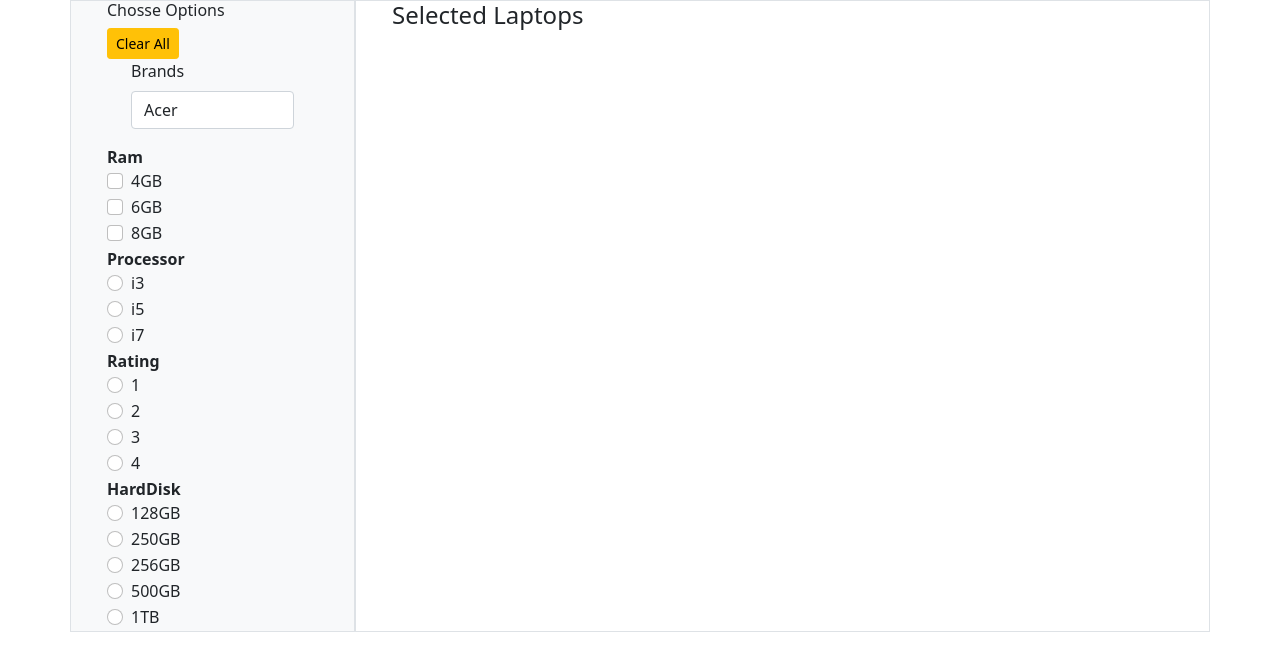
Repository: Sanjayjangra88/combo_app
Page: /
An editor plug-in stored every save of this project. The page is shown before and after the next save, followed by the edit.
The browser window is 1280 px wide. The pictures show the whole page.
Some web libraries are served in a nearby version. The project was rebuilt for these pictures with package versions that can differ from the ones it lists, and the page was loaded fresh each time. Also part of the build but not shown: src/App.js.

Above is the page before, as saved 2022-06-03 15:13:48.

### public/index.html
<!DOCTYPE html>
<html lang="en">
  <head>
    <meta charset "UTF-8" />
    <link rel="icon" href="%PUBLIC_URL%/favicon.ico" />
    <meta name="viewport" content="width=device-width, initial-scale=1" />
    <meta name="theme-color" content="#000000" />
    <meta
      name="description"
      content="Web site created using create-react-app"
    />
    <link rel="apple-touch-icon" href="%PUBLIC_URL%/logo192.png" />
    <!--
      manifest.json provides metadata used when your web app is installed on a
      user's mobile device or desktop. See https://developers.google.com/web/fundamentals/web-app-manifest/
    -->
    <link rel="manifest" href="%PUBLIC_URL%/manifest.json" />
    <link href="https://cdn.jsdelivr.net/npm/bootstrap@5.0.2/dist/css/bootstrap.min.css" rel="stylesheet" integrity="sha384-EVSTQN3/azprG1Anm3QDgpJLIm9Nao0Yz1ztcQTwFspd3yD65VohhpuuCOmLASjC" crossorigin="anonymous">
    <!--
      Notice the use of %PUBLIC_URL% in the tags above.
      It will be replaced with the URL of the `public` folder during the build.
      Only files inside the `public` folder can be referenced from the HTML.

      Unlike "/favicon.ico" or "favicon.ico", "%PUBLIC_URL%/favicon.ico" will
      work correctly both with client-side routing and a non-root public URL.
      Learn how to configure a non-root public URL by running `npm run build`.
    -->
    <!-- Bootstrap CSS -->
    <link rel="stylesheet" href="https://cdn.jsdelivr.net/npm/bootstrap@4.0.0/dist/css/bootstrap.min.css" integrity="sha384-Gn5384xqQ1aoWXA+058RXPxPg6fy4IWvTNh0E263XmFcJlSAwiGgFAW/dAiS6JXm" crossorigin="anonymous">

    <title>React App</title>
  </head>
  <body>
    <noscript>You need to enable JavaScript to run this app.</noscript>
    <div id="root"></div>
    <script src="https://kit.fontawesome.com/9e06ebf41f.js" crossorigin="anonymous"></script>
    <!--
      This HTML file is a template.
      If you open it directly in the browser, you will see an empty page.

      You can add webfonts, meta tags, or analytics to this file.
      The build step will place the bundled scripts into the <body> tag.

      To begin the development, run `npm start` or `yarn start`.
      To create a production bundle, use `npm run build` or `yarn build`.
    -->
    <script src="https://code.jquery.com/jquery-3.2.1.slim.min.js" integrity="sha384-KJ3o2DKtIkvYIK3UENzmM7KCkRr/rE9/Qpg6aAZGJwFDMVNA/GpGFF93hXpG5KkN" crossorigin="anonymous"></script>
    <script src="https://cdn.jsdelivr.net/npm/popper.js@1.12.9/dist/umd/popper.min.js" integrity="sha384-ApNbgh9B+Y1QKtv3Rn7W3mgPxhU9K/ScQsAP7hUibX39j7fakFPskvXusvfa0b4Q" crossorigin="anonymous"></script>
    <script src="https://cdn.jsdelivr.net/npm/bootstrap@4.0.0/dist/js/bootstrap.min.js" integrity="sha384-JZR6Spejh4U02d8jOt6vLEHfe/JQGiRRSQQxSfFWpi1MquVdAyjUar5+76PVCmYl" crossorigin="anonymous"></script>
  </body>
</html>

### src/index.js
import React from 'react';
import ReactDOM from 'react-dom';
import './index.css';
import App from './App';
import reportWebVitals from './reportWebVitals';
import 'bootstrap/dist/css/bootstrap.min.css';

import DropDown4 from './Components/dropDown4';

ReactDOM.render(
  <React.StrictMode>
    <DropDown4/>
  </React.StrictMode>,
  document.getElementById('root')
);

// If you want to start measuring performance in your app, pass a function
// to log results (for example: reportWebVitals(console.log))
// or send to an analytics endpoint. Learn more: https://bit.ly/CRA-vitals
reportWebVitals();

### src/Components/dropDown4.jsx
import React, { Component } from 'react'
import LeftPanel from './leftPanel'

export class dropDown4 extends Component {
    state={
        laptops:[
            {model:"AX4581",brand:"Acer",ram:"4GB",hardDisk:"500GB",rating:"3",processor:"i3"},
            {model:"HB2881",brand:"HP",ram:"4GB",hardDisk:"250GB",rating:"4",processor:"i3"},
            {model:"DM811",brand:"Dell",ram:"4GB",hardDisk:"1TB",rating:"3",processor:"i3"},
            {model:"AP629",brand:"Acer",ram:"6GB",hardDisk:"1TB",rating:"2",processor:"i3"},
            {model:"AT820",brand:"Acer",ram:"8GB",hardDisk:"1TB",rating:"4",processor:"i5"},
            {model:"HK008",brand:"HP",ram:"6GB",hardDisk:"250GB",rating:"3",processor:"i5"},
            {model:"MAir11",brand:"Apple",ram:"4GB",hardDisk:"128GB",rating:"4",processor:"i5"},
            {model:"MPro24X",brand:"Apple",ram:"8GB",hardDisk:"256GB",rating:"4",processor:"i7"},
            {model:"DL390",brand:"Dell",ram:"6GB",hardDisk:"500GB",rating:"3",processor:"i3"},
            {model:"AM954",brand:"Acer",ram:"8GB",hardDisk:"1TB",rating:"3",processor:"i7"},
            {model:"AB234",brand:"Acer",ram:"4GB",hardDisk:"250GB",rating:"2",processor:"i3"},
            {model:"HC874",brand:"HP",ram:"8GB",hardDisk:"1TB",rating:"1",processor:"i7"},
            ],
            optionArry:{
                brand:["Acer","HP","Dell","Apple"],
                ram:["4GB","6GB","8GB"],
                rating:["1","2","3","4"],
                processor:["i3","i5","i7"],
                hardDisk: ["128GB","250GB","256GB","500GB","1TB"]
            },
                optionSell:{
                    brand:["om"],
                    ram:[],
                    rating:"",
                    processor:"",
                    hardDisk:"",

                }

    }
    showLaptops=()=>{
        let s1={...this.state};
        const{laptops,optionSell}=this.state;
        const{brand,ram,processor,rating,hardDisk}=optionSell;
        const laptop1 =
        brand.length > 0
         ? laptops.filter((ele) => brand.findIndex((lt) => lt === ele.brand) >=0 )
         : laptops;

        const laptop2 =
         ram.length>0
         ? laptop1.filter((ele)=>ram.findIndex((lt)=>lt===ele.ram)>=0)
         : laptop1;

        const laptop3 =
         processor.length>0
         ? laptop2.filter((ele)=>ele.processor===processor)
         : laptop2;

        const laptop4 =
         rating.length>0
         ? laptop3.filter((ele)=>ele.rating === rating)
         : laptop3;
        const laptop5 =
         hardDisk.length>0
         ? laptop4.filter((ele)=>ele.hardDisk === hardDisk)
         : laptop4;

        return(
            <div className="container">
                <h4>Selected Laptops</h4>
                {laptop5.map((ele)=>(
                    <div className="row">
                        <div className="col-2 border">{ele.model}</div>
                        <div className="col-2 border">{ele.brand}</div>
                        <div className="col-2 border">{ele.ram}</div>
                        <div className="col-2 border">{ele.hardDisk}</div>
                        <div className="col-2 border">{ele.rating}</div>
                        <div className="col-2 border">{ele.processor}</div>
                    </div>
                ))}
            </div>
        );
         }
    remove=()=>{
     let s1={...this.state};
     s1.optionSell= {
        brand:[],
        ram:[],
        rating:"",
        processor:"",
        hardDisk:"",
    }
    this.setState(s1)
    }
    handelChangeOptions=(optionSell)=>{
        let s1={...this.state};
        s1.optionSell= optionSell
        this.setState(s1)
     }
  render() {
      const{optionArry,optionSell}=this.state;
      const{brand,hardDisk}=optionSell;
      console.log(brand);
    return (
      <div className='container'>
          <div className="row">
              <div className="col-3 border bg-light">
                  <LeftPanel optionArry={optionArry}optionSell={optionSell}onChangeOptions={this.handelChangeOptions}remove={this.remove}/>
              </div>
              <div className="col-9 border">{this.showLaptops()}</div>
          </div>
      </div>
    )
  }
}

export default dropDown4

### src/App.css
*{
  margin: 0;
  padding: 0;
}
.slidebar{
  position: absolute;
  background-color: rgb(168, 165, 165);
  height: 100vh;
  width: 30vh;
  margin-right: 5px;
  transition: transform 0.3s ease-in;


}
.slidebar  li a{
  text-decoration: none;
  color:white;
}
.slidebar  li{
  list-style: none;
  font-size: 20px;
  padding: 13px 0;
  color:white;
}
.box{
  margin-left: 32vh;
}
div.d-flex.justify-content-between{
  margin-left: 30vh;
}

.th1{
  background-color: black;
  color: white;
  border: 1px solid black;
  text-align: center;
  padding-left: 15px;
  padding-right: 15px;
}
.col1 {
  border: 1px solid black;
  text-align: center;
  padding-left: 15px;
  padding-right: 15px;
}

### src/Components/leftPanel.jsx
import React, { Component } from 'react'

export class leftPanel extends Component {

  render() {
      const{optionArry,optionSell,remove}=this.props;
      const{brand}=this.props.optionSell;
    //   console.log(optionSell)
    return (
      <div className='container'>
          <h6>Chosse Options</h6>
          <button className="btn btn-warning btn-sm" onClick={remove}>Clear All</button><br/>


          {/* <React.Fragment> */}
              <div className="container">
                      <div className="form-group">
          <label>Brands</label>

          <select className="form-control"name={brand}id="brand"value={brand}onChange={this.handelChange}>
        <option disabled value="">Select the brand</option>
        {optionArry.brand.map((ele)=><option>{ele}</option>)}
          </select>
          </div>
              </div>
          {/* </React.Fragment> */}




          {/* {this.showCheckBoxes("Brands",optionArry.brand,"brand",optionSell.brand)} */}
          {this.showCheckBoxes("Ram",optionArry.ram,"ram",optionSell.ram)}
          {this.showRadios("Processor",optionArry.processor,"processor",optionSell.processor)}
          {this.showRadios("Rating",optionArry.rating,"rating",optionSell.rating)}
          {this.showRadios("HardDisk",optionArry.hardDisk,"hardDisk",optionSell.hardDisk)}
      </div>
    )
  }
  handelChange=(e)=>{
      let s1={ ...this.props.optionSell };
      let s2={ ...this.props.optionArry };
      const{ currentTarget: input }=e;
      input.name==="brand"
      ? (s1.brand = this.upDateCBs(input.checked,input.value,s1.brand))
      : input.name === "ram"
      ? (s1.ram = this.upDateCBs(input.checked,input.value,s1.ram))
      : (s1[input.name] = input.value);
      s2.brand[input.name] = input.value;
      this.props.onChangeOptions(s1);
  }
  upDateCBs=(checked,value,arr)=>{
      if(checked) arr.push(value)
      else{
          let index = arr.findIndex((ele)=>ele===value);
          if(index>=0) arr.splice(index,1);
      }
      return arr;

  }
  showCheckBoxes=(label,arr,name,selArr)=>{
      return(
          <React.Fragment>
              <label className='form-check-label font-weight-bold'>{label}</label>
              {arr.map((ele,index)=>(
                  <div className="form-check">
                      <input
                       className='form-check-input'
                       value={ele}
                       type="checkbox"
                       name={name}
                       checked={selArr.findIndex((st)=>st===ele)>=0}
                       onChange={this.handelChange}
                      />
                      <label className='form-check-label'>{ele}</label>
                  </div>
              ))}
          </React.Fragment>
      )
  }
  showRadios=(label,arr,name,selVal)=>{
      return(
          <React.Fragment>
                 <label className="form-check-label font-weight-bold">{label}</label><br/>
                {arr.map((ele)=>(
                     <div className="form-check ">
                     <input
                     className="form-check-input"
                     type="radio"
                     name={name}
                     value={ele}
                     checked={selVal===ele}
                     onChange={this.handelChange}/>
                     <label className="form-check-label">{ele}</label>
                 </div>
                ))}
          </React.Fragment>
      )
  }

}

export default leftPanel

Loaded but not shown: src/index.css (common file); src/reportWebVitals.js (common file)

After the next save:
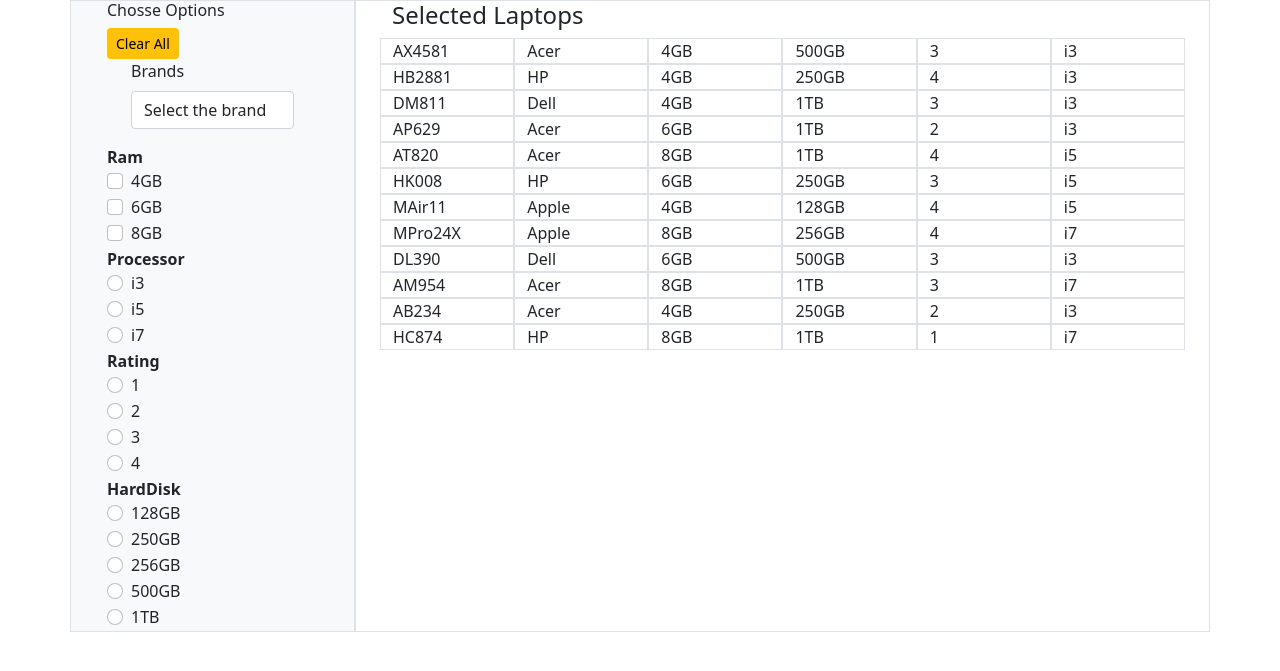
Saved 50 s later.
--- a/src/Components/dropDown4.jsx
+++ b/src/Components/dropDown4.jsx
@@ -25,7 +25,7 @@ export class dropDown4 extends Component {
                 hardDisk: ["128GB","250GB","256GB","500GB","1TB"]
             },
                 optionSell:{
-                    brand:["om"],
+                    brand:[],
                     ram:[],
                     rating:"",
                     processor:"",
@@ -102,7 +102,7 @@ export class dropDown4 extends Component {
       <div className='container'>
           <div className="row">
               <div className="col-3 border bg-light">
-                  <LeftPanel optionArry={optionArry}optionSell={optionSell}onChangeOptions={this.handelChangeOptions}remove={this.remove}/>
+                  <LeftPanel optionArry={optionArry}optionSell={optionSell}onChangeOptions={this.handelChangeOptions}remove={this.remove}brand={brand}/>
               </div>
               <div className="col-9 border">{this.showLaptops()}</div>
           </div>
